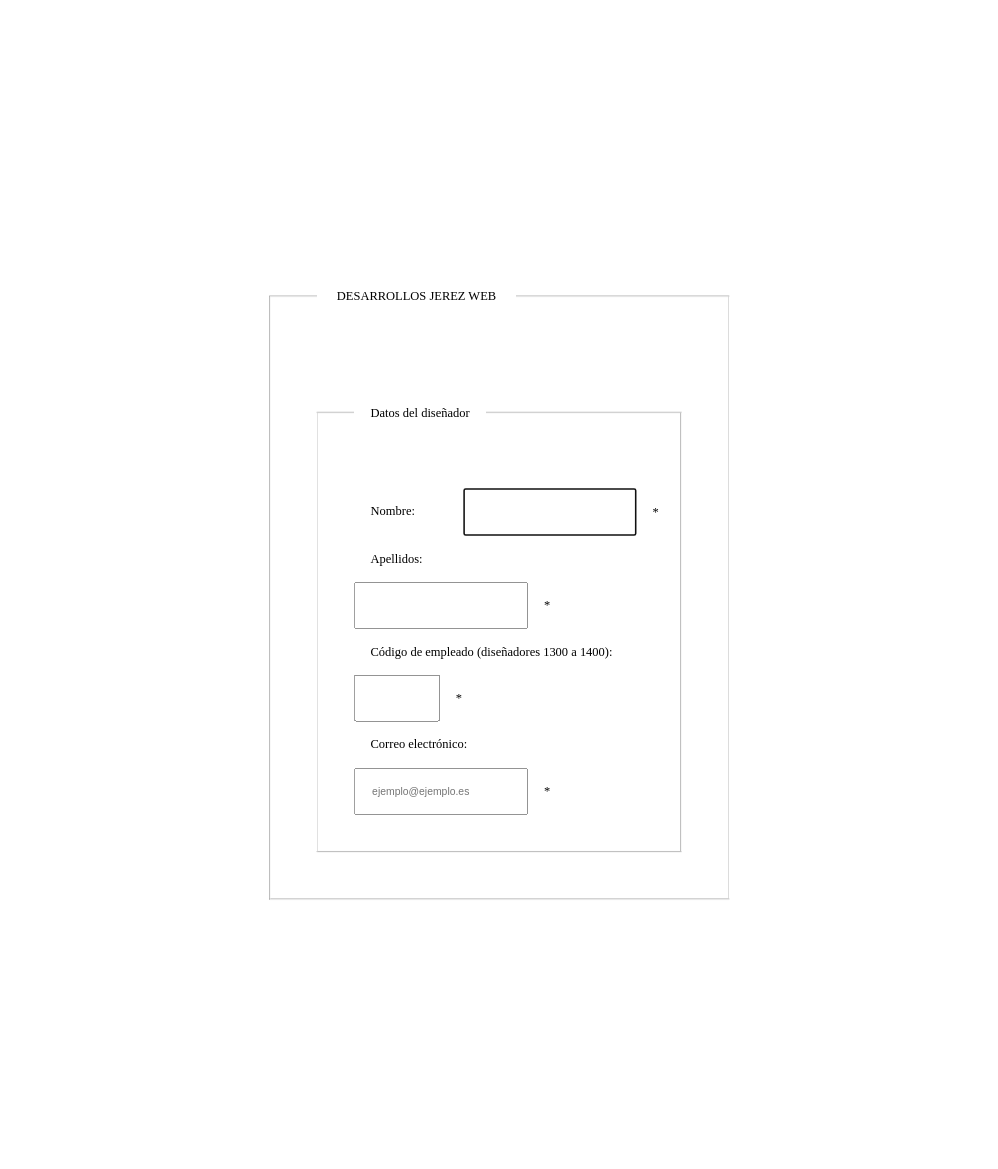
Repository: iSaan86/EV_Practica_FormularioCSS
Page: index.html
These files come from the project's save history. The page is drawn as it stood at one moment and after the next save; the edit follows.
The browser window is 1280 px wide. The pictures show the whole page, at 78% of full size.

Above is the page before, as saved 2024-01-11 16:39:01.

### index.html
<!DOCTYPE html>
<html lang="es-ES">

<head>
    <meta charset="UTF-8">
    <meta name="viewport" content="width=device-width, initial-scale=1.0">
    <meta name="keywords" content="formulario, html, css, practica">
    <meta name="description" content="Formularios">
    <meta name="author" content="Alexandra Ferrera Arenas">
    <link rel="icon" type="image/x-icon" href="img/logo-giro.png">
    <link rel="stylesheet" href="css/estilo.css">
    <title> PRACTICA DE FORMULARIOS </title>
</head>

<body>
    <!-- ABRO FORMULARIO -->
    <form method="get" action="" name="formulario1" id="formulario1">
        <!--AGRUPACION GENERAL-->
        <fieldset>
            <legend class="datos">DESARROLLOS JEREZ WEB</legend>
            <fieldset><legend class="datos">Datos del diseñador</legend>
                <label for="nombre">Nombre:</label><input type="text" id="nombre" name="nombre" alt="indique su nombre"  autofocus required minlength="2" maxlength="50">*<br>
                <label for="apellidos">Apellidos:</label><input type="text" id="apellidos" name="apellidos" alt="indique sus apellidos" required minlength="2" maxlength="50">*<br>
                <label for="codigo">Código de empleado (diseñadores 1300 a 1400):</label><input type="number" id="codigo" name="codigo" alt="indique su código de empleado" required min="1300" max="1400">*<br>
                <label for="email">Correo electrónico:</label><input type="email" id="email" name="email" alt="indique su email" placeholder="ejemplo@ejemplo.es" required>*<br>
            </fieldset>














        </fieldset>
    </form>




</body>





</html>

### css/estilo.css
@charset "UTF-8";

/* Para todo el html */
*{
    padding: 5%;
    margin:5%;
}

After the next save:
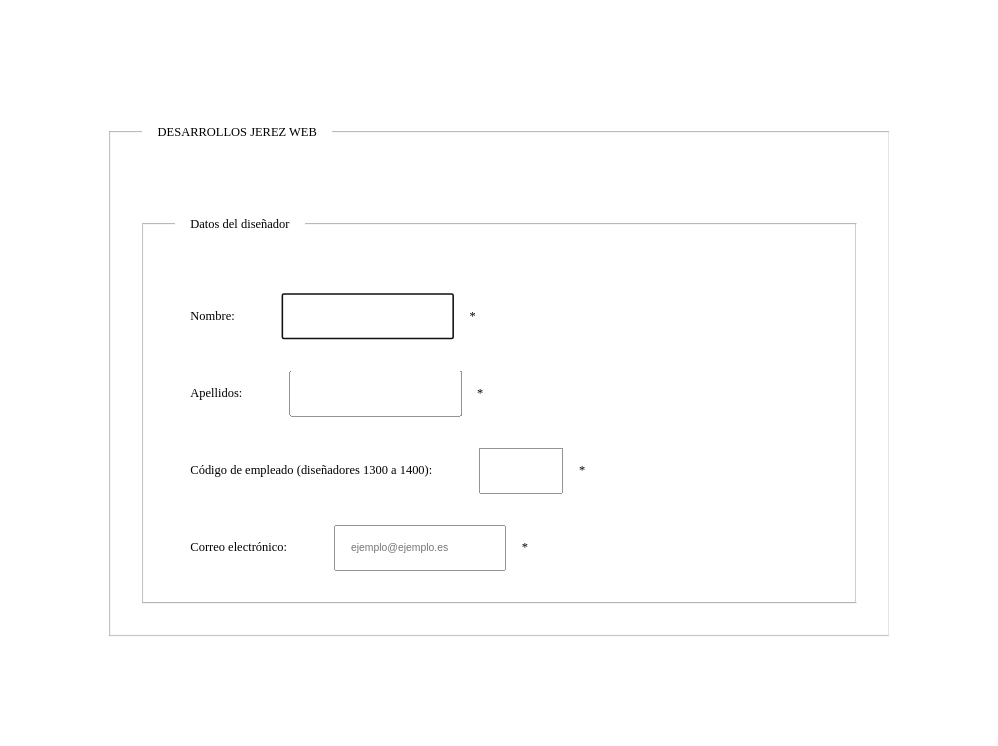
Saved 23 s later.
--- a/css/estilo.css
+++ b/css/estilo.css
@@ -2,6 +2,6 @@
 
 /* Para todo el html */
 *{
-    padding: 5%;
-    margin:5%;
+    padding: 20px;
+    margin:20px;
 }
